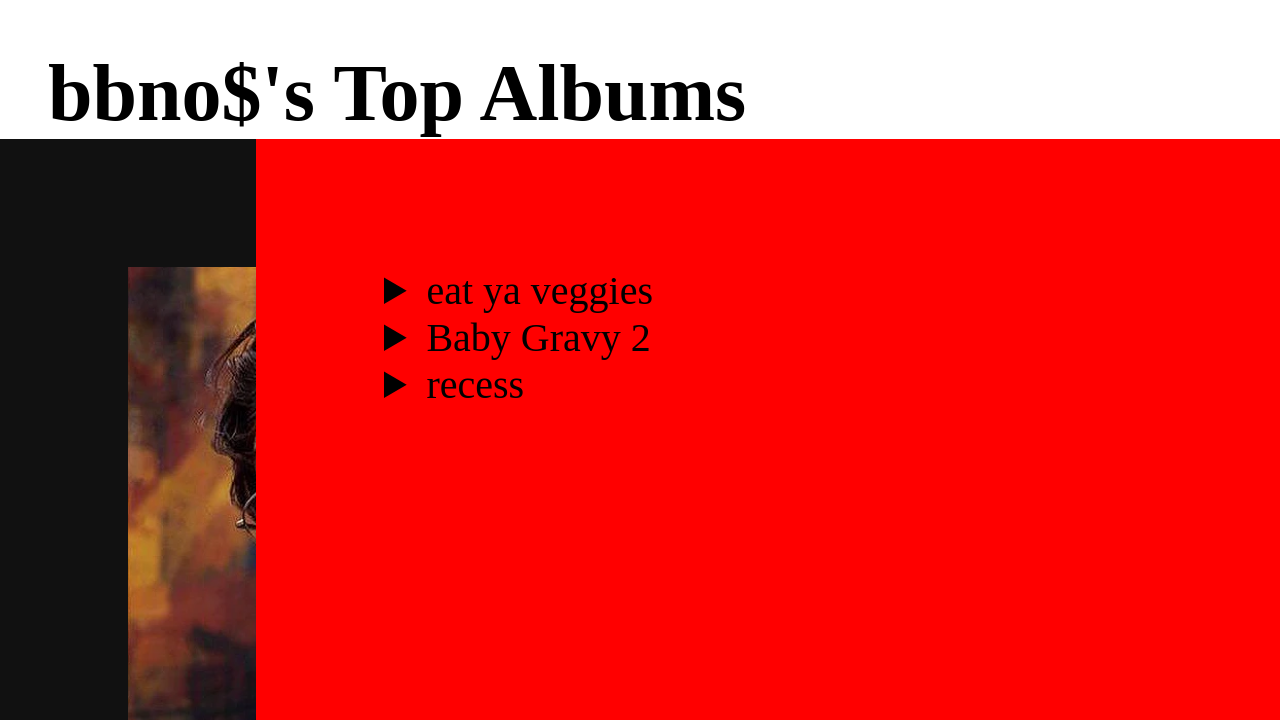
Repository: Jennica1/Lab1
Page: /
An editor plug-in stored every save of this project. The page is shown before and after the next save, followed by the edit.
The browser window is 1280 px wide. The pictures show the whole page.
The project was rebuilt for these pictures with package versions that can differ from the ones it lists, and the page was loaded fresh each time. Also part of the build but not shown: vite.config.js.

Above is the page before, as saved 2024-09-09 18:28:10.

### index.html
<!doctype html>
<html lang="en">
  <head>
    <meta charset="UTF-8" />
    <link rel="icon" type="image/svg+xml" href="/vite.svg" />
    <meta name="viewport" content="width=device-width, initial-scale=1.0" />
    <title>Top bbno$ Albums</title>
  </head>
  <body>
    <div id="root"></div>
    <script type="module" src="/src/main.jsx"></script>
  </body>
</html>

### src/App.jsx
import { useState } from 'react'
import reactLogo from './assets/react.svg'
import viteLogo from '/vite.svg'

import './App.css'

function App() {

  return (
    <>

      <body className='main'>
      <header className='header'>
        <h1 className='title'>bbno$'s Top Albums</h1>
      </header>
        <div className='split left'>
          <img src="/images/bbno$_profile.webp" alt='bbno$' />
        </div>
        <div className='split right'>

          <div>
          <details>
            <summary className='albums'>eat ya veggies</summary>
            <p>hello</p>
            <p>hello</p>
          </details>

          <details>
            <summary>Baby Gravy 2</summary>
            <p>hello</p>
            <p>hello</p>
          </details>

          <details>
            <summary>recess</summary>
            <p>hello</p>
            <p>hello</p>
          </details>
          </div>
        </div>
      </body>


    </>
  )
}

export default App

### src/index.css
summary {
    font-size: 40px;
}

### src/App.css
#root {
  max-width: 1280px;
  margin: 0 auto;
  padding: 2rem;
}

.header {
  font-size: 40px;

}

.title {
  margin: 0;
}

.main{

}

.split {
position: fixed;
height: 100%;
width: 50%;
overflow-x: hidden;
padding-top: 20px;
display: flex;
padding: 10%;
}

.left {
  left: 0;
  background-color: #111;
}

.right {
  width: 60%;
  right: 0;
  background-color: red;
}

Loaded but not shown: src/main.jsx (common file)

After the next save:
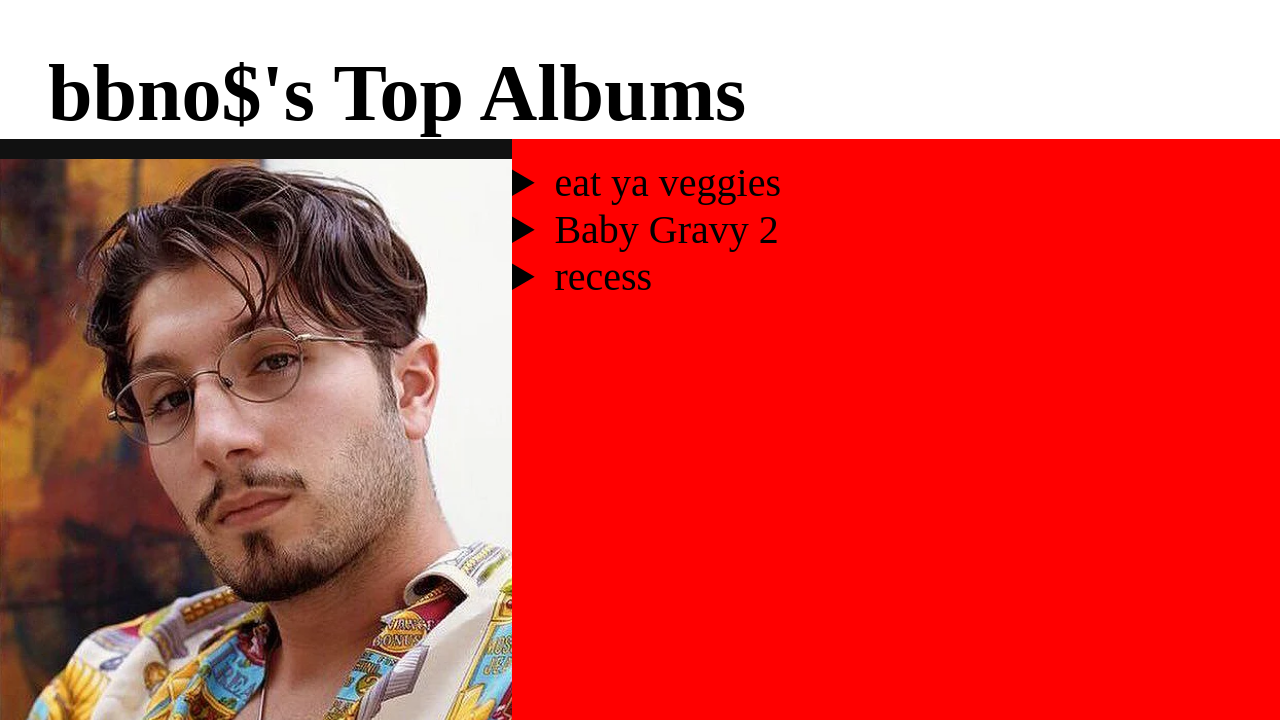
Saved 4 s later.
--- a/src/App.css
+++ b/src/App.css
@@ -24,7 +24,6 @@
 overflow-x: hidden;
 padding-top: 20px;
 display: flex;
-padding: 10%;
 }
 
 .left {
